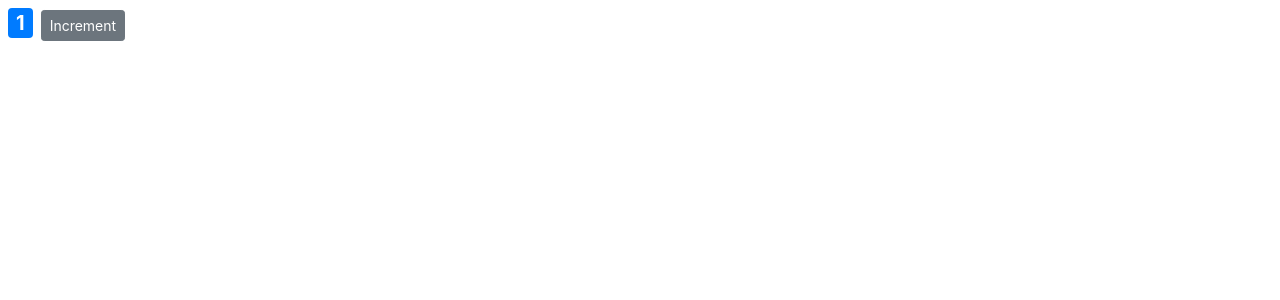
Repository: NikhilSurani/counter-app
Page: /
The author's editor kept a copy of each file at every save. The page is drawn from the files as they stood at one save, then again after a run of saves.
The browser window is 1280 px wide. The pictures show the whole page.
The project was rebuilt for these pictures with package versions that can differ from the ones it lists, and the page was loaded fresh each time.

Above is the page before, as saved 2018-12-28 19:03:33.

After the next 2 saves:
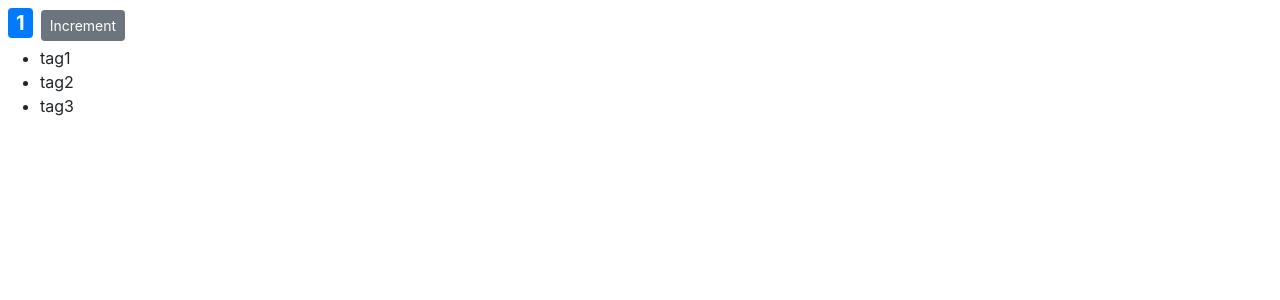
The 2 saves are shown as one change because they came seconds apart.
The last was saved 48 s later.
--- a/src/components/counter.jsx
+++ b/src/components/counter.jsx
@@ -16,7 +16,11 @@ class Counter extends Component {
           {this.formatCount()}
         </span>
         <button className="btn btn-secondary btn-sm">Increment</button>
-        <ul>{this.state.tags.map(tag => {})}</ul>
+        <ul>
+          {this.state.tags.map(tag => (
+            <li key={tag}>{tag}</li>
+          ))}
+        </ul>
       </React.Fragment>
     );
   }
